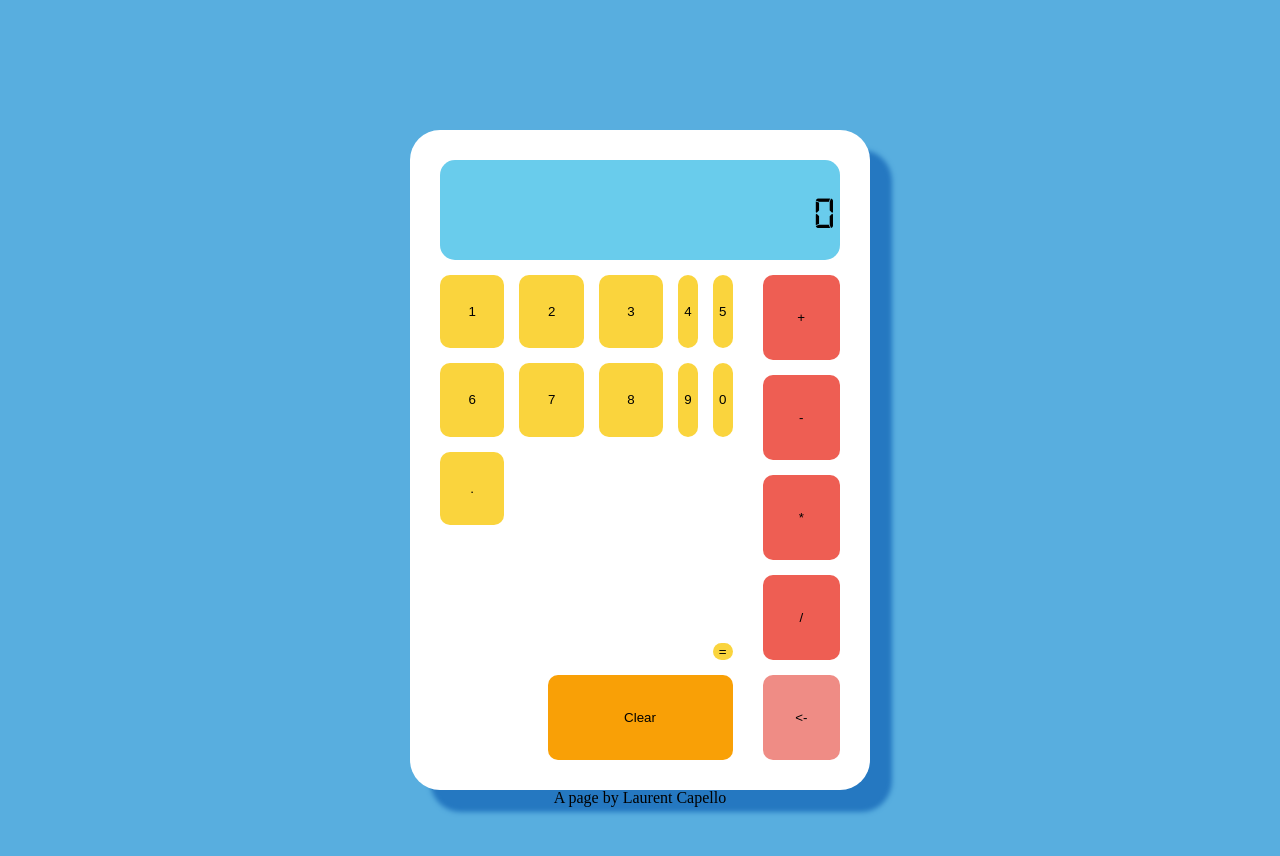
Repository: sokafootball/js-calculator
Page: index.html
These files come from the project's save history. The page is drawn as it stood at one moment and after the next save; the edit follows.
The browser window is 1280 px wide. The pictures show the whole page.

Above is the page before, as saved 2020-05-06 20:28:03.

After the next save:
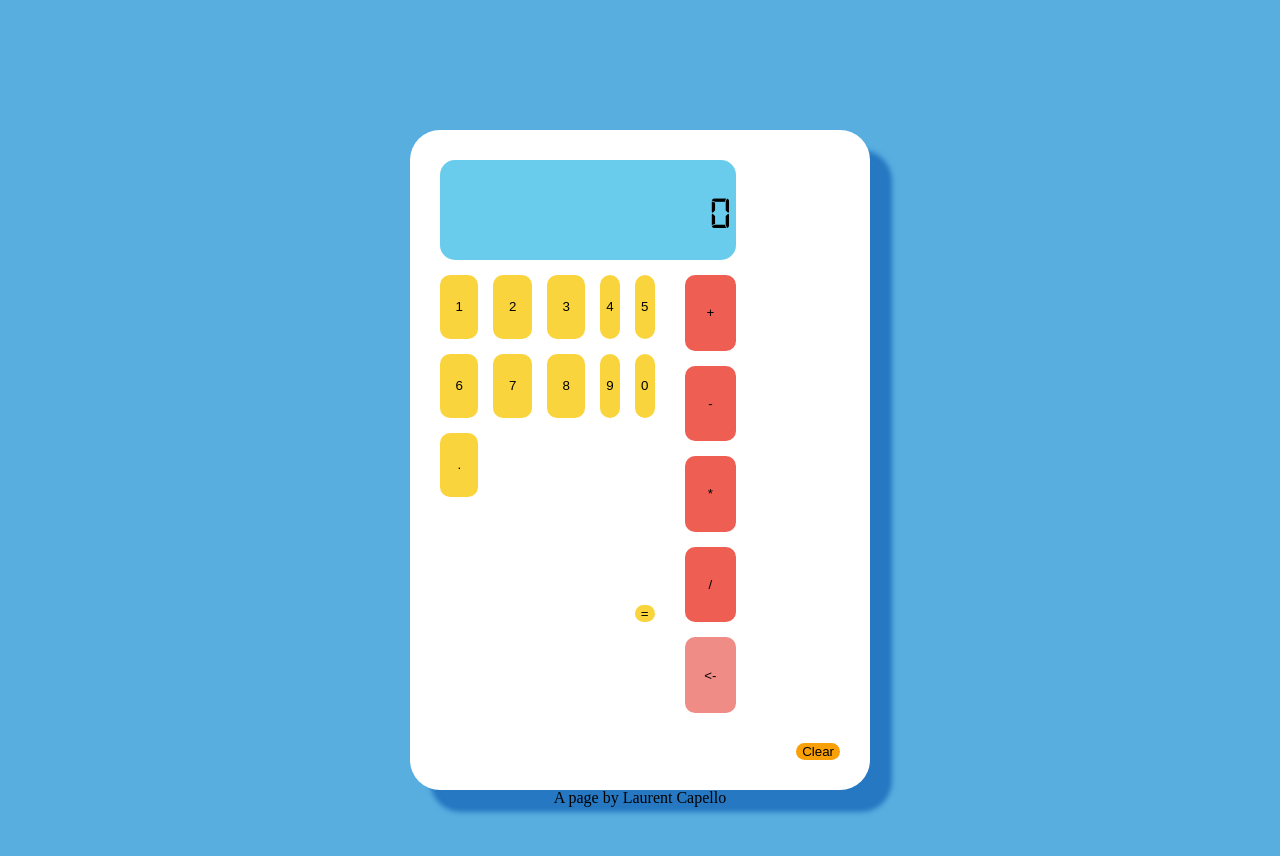
Saved 25 s later.
--- a/style.css
+++ b/style.css
@@ -39,7 +39,7 @@ body{
     "numpad numpad numpad operators"
     "numpad numpad numpad operators"
     "numpad numpad numpad operators"
-    ". clear clear backspace";
+    "equal equal equal backspace";
   grid-template-columns: repeat(4, 1fr);
   grid-template-rows: 100px repeat(5, 1fr); /*first row is fixed to stop the border animation from taking space from other rows*/
   height: 600px;
